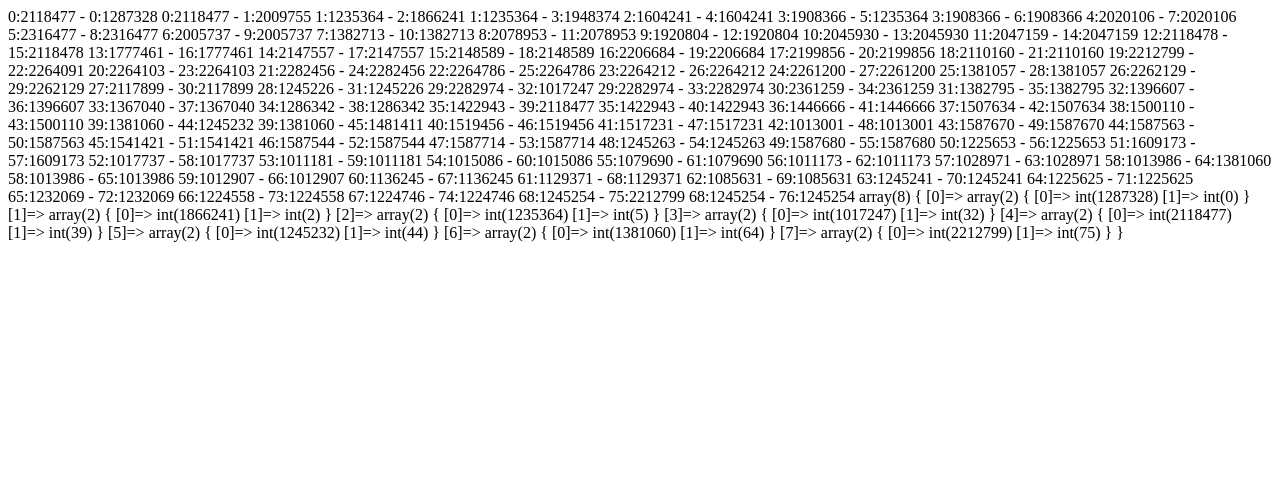
Repository: lokkie/php-simple_framework
Page: http://localhost/tests/UpdateTest.php
The author's editor kept a record of every edit. The page is drawn from the files as they stood at one moment, then again after the next edit.
The browser window is 1280 px wide. The pictures show the whole page.
The page is run by PHP 8.4 with error messages shown; the project is at /var/www/html/.

Above is the page before.

### tests/UpdateTest.php
<?php

// function updateItems ( array $ids, array $positions )
// {

// 	$rows = [
// 			['id' => 4451, 'position' => 0],
// 			['id' => 47751, 'position' => 0],
// 			['id' => 55714, 'position' => 3],
// 			['id' => 1234, 'position' => 0],
// 			['id' => 44716, 'position' => 0],
// 			['id' => 5218841, 'position' => 1],
// 			['id' => 871974, 'position' => 5]
// 		];

// 	$processing = true;
// 	$indexLocal = 0;
// 	$indexRemote = 0;
// 	$updatesList = [];
// 	while ( $processing ) {
// 		echo "{$indexLocal}:{$rows[$indexLocal]['id']} - {$indexRemote}:{$ids[$indexRemote]} ";
// 		if ( $ids[$indexRemote] == $rows[$indexLocal]['id'] ) {
// 			echo " ids are the same... ";
// 			if ($rows[$indexLocal]['position'] != 0 &&
// 				$rows[$indexLocal]['position'] != $positions[$indexRemote] ) {
// 					echo "p {$rows[$indexLocal]['position']} :: {$positions[$indexRemote]} updating ";
// 					array_push($updatesList, [$ids[$indexRemote], $positions[$indexRemote]]);
// 				}
// 			$indexLocal++;
// 		} else {
// 			echo " ids different, updating ";
// 			array_push($updatesList, [$ids[$indexRemote], $positions[$indexRemote]]);
// 			for ($iter = $indexLocal+1; $iter < count($rows); $iter++) {
// 				if ($rows[$iter]['id'] == $ids[$indexRemote]) {
// 					array_splice($rows, $iter, 1);
// 					break;
// 				}
// 			}
// 		}
// 		$indexRemote++;
// 		echo "\n";
// 		if ( $indexRemote >= count($ids) ) {
// 			$processing = false;
// 		}
// 	}

// 	var_dump([
// 		'indexRemote' => $indexRemote,
// 		'indexLocal' => $indexLocal,
// 		'ids' => $ids,
// 		'positions' => $positions,
// 		'updatesList' => $updatesList
// 		]);
// }

/* updateItems(
	[1234, 4451, 47751, 55714, 44716, 871974, 5218841],
	[1,2,3,4,5,6,7]
	); */



ini_set('memory_limit', '2048M');

function updateItems2 (array $ids) {
	$nonPositioned = [2118477, 2009755, 1235364, 1948374, 1604241, 1866241,
					1908366, 2020106, 2316477, 2005737, 1382713, 2078953,
					1920804, 2045930, 2047159, 2118478, 1777461, 2147557,
					2148589, 2206684, 2199856, 2110160, 2212799, 2264091,
					2264103, 2282456, 2264786, 2264212, 2261200, 1381057,
					2262129, 2117899, 1245226, 2282974, 2361259, 1382795,
					1396607, 1367040, 1286342, 1287328, 1422943, 1446666,
					1507634, 1500110, 1381060, 1481411, 1519456, 1517231,
					1013001, 1587670, 1587563, 1541421, 1587544, 1587714,
					1245263, 1587680, 1225653, 1609173, 1017247, 1017737,
					1011181, 1015086, 1079690, 1011173, 1028971, 1245232,
					1013986, 1012907, 1136245, 1129371, 1085631, 1245241,
					1225625, 1232069, 1224558, 1224746, 1245254];
	$positioned = [];

	$localIndex = 0;
	$stepSize = 1;
	$itemsToUpdate = [];
	for ( $remoteIndex = 0; $remoteIndex < count($ids); $remoteIndex++ ) {
		$positionOnScreen = $remoteIndex + 1;
		echo "{$localIndex}:{$nonPositioned[$localIndex]} - {$remoteIndex}:{$ids[$remoteIndex]}\n";
		if ( $nonPositioned[$localIndex] == $ids[$remoteIndex] ) { // position non changed
			$localIndex++;
		} else if ( isset($nonPositioned[$localIndex + 1] )
			&& $nonPositioned[$localIndex + 1] == $ids[$remoteIndex] ) {
				if ( isset($positioned[$localIndex]) ) {
					$positioned[-1*$localIndex] = $nonPositioned[$localIndex];
				} else {
					$positioned[$localIndex] = $nonPositioned[$localIndex];
				}
				array_splice($nonPositioned, $localIndex, 1);
				$localIndex++;
		} else  if ( isset($positioned[$remoteIndex]) && $positioned[$remoteIndex] == $ids[$remoteIndex] ) { // position non changed
				continue;
		} else {
			if (false !== $index = array_search($ids[$remoteIndex], $positioned)) {
				unset($positioned[$index]);
			} else {
				$index = array_search($ids[$remoteIndex], $nonPositioned);
				array_splice($nonPositioned, $index, 1);
			}
			array_push($itemsToUpdate, [$ids[$remoteIndex], $remoteIndex]);
		}
	}

	var_dump($itemsToUpdate);
}




updateItems2([1287328, 2009755, 1866241, 1948374, 1604241, 1235364,
					1908366, 2020106, 2316477, 2005737, 1382713, 2078953,
					1920804, 2045930, 2047159, 2118478, 1777461, 2147557,
					2148589, 2206684, 2199856, 2110160, 2264091,
					2264103, 2282456, 2264786, 2264212, 2261200, 1381057,
					2262129, 2117899, 1245226, 1017247, 2282974, 2361259, 1382795,
					1396607, 1367040, 1286342, 2118477, 1422943, 1446666,
					1507634, 1500110, 1245232, 1481411, 1519456, 1517231,
					1013001, 1587670, 1587563, 1541421, 1587544, 1587714,
					1245263, 1587680, 1225653, 1609173, 1017737,
					1011181, 1015086, 1079690, 1011173, 1028971, 1381060,
					1013986, 1012907, 1136245, 1129371, 1085631, 1245241,
					1225625, 1232069, 1224558, 1224746, 2212799, 1245254]);

// updateItems2([2282456, 2009755, 1235364, 1866241, 1948374, 1604241,
// 					1908366, 2020106, 2316477, 2005737, 1382713, 2078953,
// 					 2045930, 2047159, 2118478, 1777461, 2147557,
// 					2148589, 2206684, 2199856, 2110160, 2212799, 2264091,
// 					2264103, 2118477, 2264786, 1245254, 1028971, 2261200, 1381057,
// 					2262129, 2117899, 1245226, 2282974, 2361259, 1382795,
// 					1396607, 1367040, 1286342, 1287328, 1422943, 1446666,
// 					1507634, 1500110, 1381060, 1481411, 1519456, 1517231,
// 					1013001, 1587670, 1587563, 1541421, 1587544, 1587714,
// 					1245263, 1587680, 1225653, 1609173, 1017247, 1017737,
// 					1011181, 1015086, 1079690, 1011173, 1245232,
// 					1013986, 1012907, 1136245, 1129371, 1085631, 1920804, 1245241,
// 					1225625, 1232069, 1224558, 1224746, 2264212]);

After the next edit:
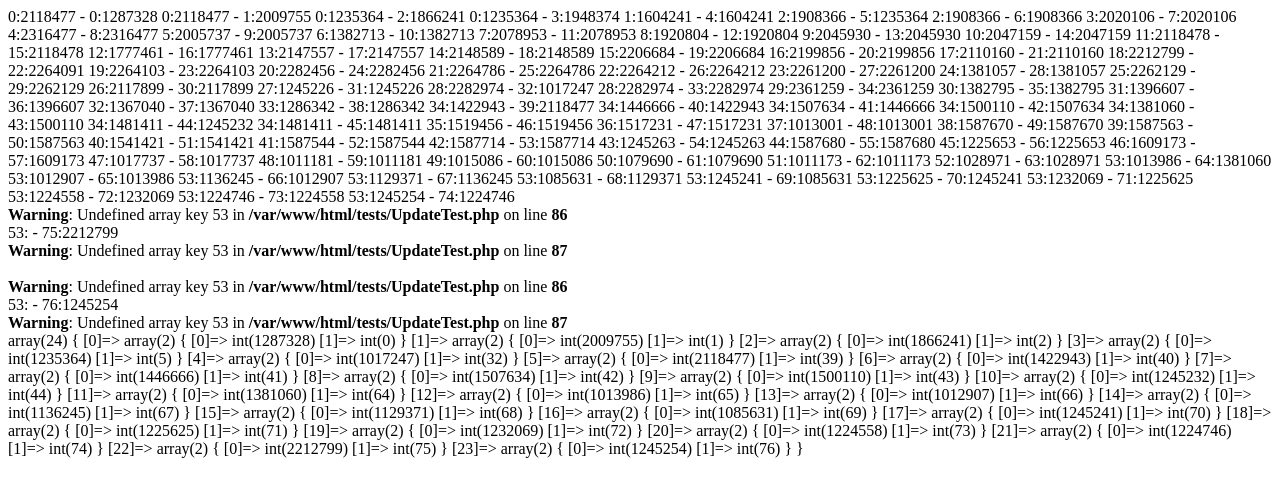
The edit:
--- a/tests/UpdateTest.php
+++ b/tests/UpdateTest.php
@@ -63,7 +63,7 @@
 ini_set('memory_limit', '2048M');
 
 function updateItems2 (array $ids) {
-	$nonPositioned = [2118477, 2009755, 1235364, 1948374, 1604241, 1866241,
+	$nonPositioned = [2118477, 1235364, 1948374, 1604241, 1866241,
 					1908366, 2020106, 2316477, 2005737, 1382713, 2078953,
 					1920804, 2045930, 2047159, 2118478, 1777461, 2147557,
 					2148589, 2206684, 2199856, 2110160, 2212799, 2264091,

After the edit that followed:
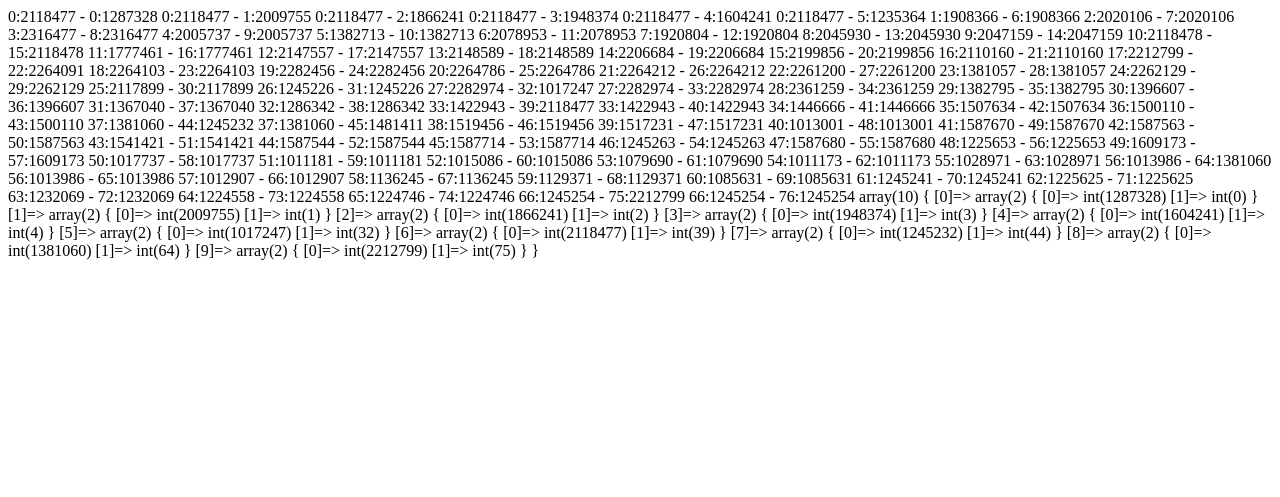
The edit:
--- a/tests/UpdateTest.php
+++ b/tests/UpdateTest.php
@@ -76,7 +76,7 @@
 					1011181, 1015086, 1079690, 1011173, 1028971, 1245232,
 					1013986, 1012907, 1136245, 1129371, 1085631, 1245241,
 					1225625, 1232069, 1224558, 1224746, 1245254];
-	$positioned = [];
+	$positioned = [2 => 2009755];
 
 	$localIndex = 0;
 	$stepSize = 1;
